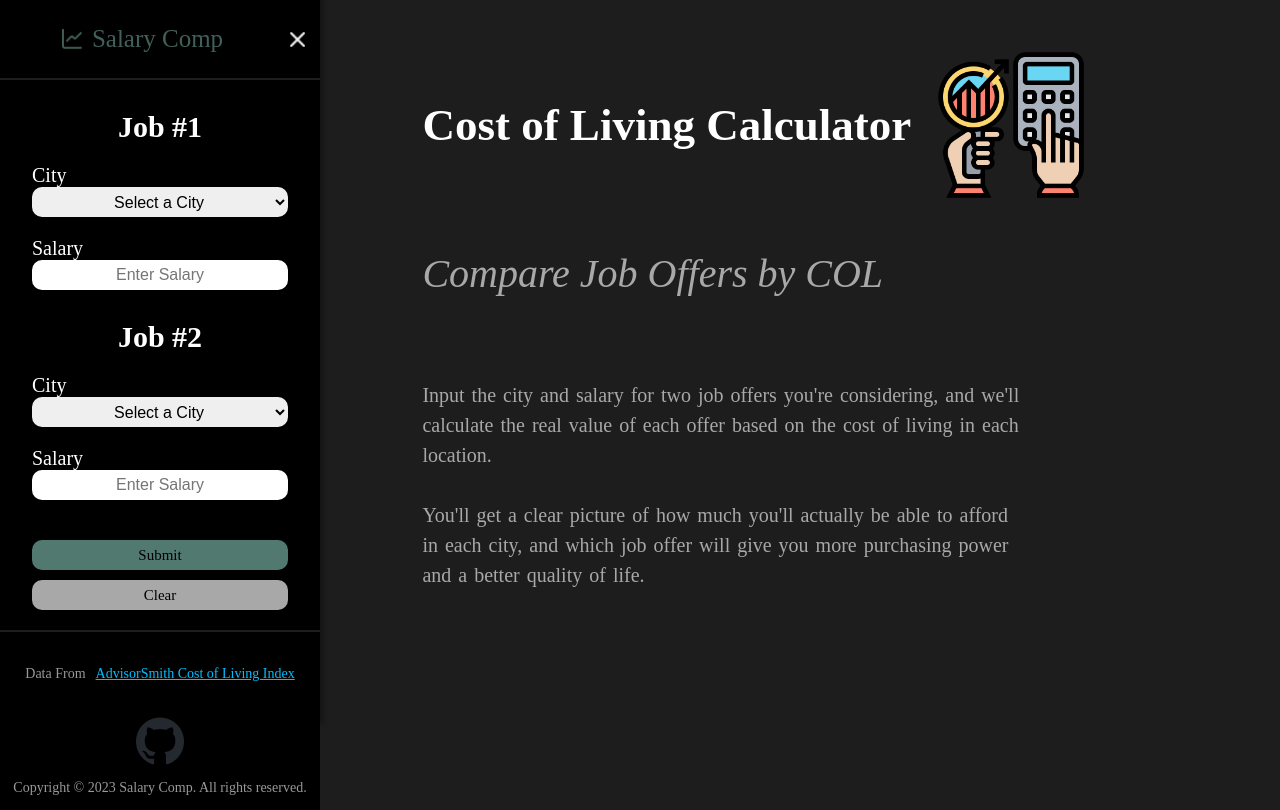
Repository: robbymcd/Salary-Comp
Page: /
These files come from the project's save history. The page is drawn as it stood at one moment and after the next save; the edit follows.
The browser window is 1280 px wide. The pictures show the whole page.
Some web fonts or font styles are not loaded; a fallback is used. The project was rebuilt for these pictures with package versions that can differ from the ones it lists, and the page was loaded fresh each time. Also part of the build but not shown: src/Main.css, src/Main.js.

Above is the page before, as saved 2023-06-16 11:46:34.

### public/index.html
<!DOCTYPE html>
<html lang="en">
  <head>
    <meta charset="utf-8" />
    <link rel="icon" href="%PUBLIC_URL%/favicon.ico" />
    <meta name="viewport" content="width=device-width, initial-scale=1" />
    <meta name="theme-color" content="#000000" />
    <meta
      name="description"
      content="Compare Job Offers by COL"
    />
    <link rel="apple-touch-icon" href="%PUBLIC_URL%/logo192.png" />
    <!--
      manifest.json provides metadata used when your web app is installed on a
      user's mobile device or desktop. See https://developers.google.com/web/fundamentals/web-app-manifest/
    -->
    <link rel="manifest" href="%PUBLIC_URL%/manifest.json" />
    <!--
      Notice the use of %PUBLIC_URL% in the tags above.
      It will be replaced with the URL of the `public` folder during the build.
      Only files inside the `public` folder can be referenced from the HTML.

      Unlike "/favicon.ico" or "favicon.ico", "%PUBLIC_URL%/favicon.ico" will
      work correctly both with client-side routing and a non-root public URL.
      Learn how to configure a non-root public URL by running `npm run build`.
    -->
    <title>Salary Comp</title>
  </head>
  <body>
    <noscript>You need to enable JavaScript to run this app.</noscript>
    <div id="root"></div>
    <!--
      This HTML file is a template.
      If you open it directly in the browser, you will see an empty page.

      You can add webfonts, meta tags, or analytics to this file.
      The build step will place the bundled scripts into the <body> tag.

      To begin the development, run `npm start` or `yarn start`.
      To create a production bundle, use `npm run build` or `yarn build`.
    -->
  </body>
</html>

### src/index.css
body {
  margin: 0;
  font-family: -apple-system, BlinkMacSystemFont, 'Segoe UI', 'Roboto', 'Oxygen',
    'Ubuntu', 'Cantarell', 'Fira Sans', 'Droid Sans', 'Helvetica Neue',
    sans-serif;
  -webkit-font-smoothing: antialiased;
  -moz-osx-font-smoothing: grayscale;
  height: 100%;
  width: 100%;
}

html {
  height: 100%;
  width: 100%;
  background-color: #1D1D1D;
}

code {
  font-family: source-code-pro, Menlo, Monaco, Consolas, 'Courier New',
    monospace;
}

### src/App.js
import React, { useState } from 'react';
import './App.css';
import Sidebar from './Sidebar.js';
import Content from './Content.js';

function App() {
  const [isSubmitted, setIsSubmitted] = useState(false);
  const [cityCOL1, setCityCOL1] = useState('');
  const [cityCOL2, setCityCOL2] = useState('');
  const [cityName1, setCityName1] = useState('');
  const [cityName2, setCityName2] = useState('');
  const [salary1, setSalary1] = useState('');
  const [salary2, setSalary2] = useState('');

  const handleFormSubmit = (formData) => {
    setIsSubmitted(true);
    setCityCOL1(formData.cityCOL1);
    setCityCOL2(formData.cityCOL2);
    setCityName1(formData.cityName1);
    setCityName2(formData.cityName2);
    setSalary1(formData.salary1);
    setSalary2(formData.salary2);
  };

  return (
    <div className="main">
        <Sidebar onFormSubmit={handleFormSubmit}/>
        <Content isSubmitted={isSubmitted} cityCOL1={cityCOL1} cityCOL2={cityCOL2} cityName1={cityName1} cityName2={cityName2} salary1={salary1} salary2={salary2} />
    </div>
  );
}

export default App;

### src/App.css
.main {
    display: flex;
    flex-direction: row;
    height: 200%;
    width: 100%;
    background-color: #1D1D1D;
}

### src/Sidebar.js
import React, { useState, useRef } from 'react';
import plus from './plus.png';
import './Sidebar.css';
import chart from './chart.png';
import github from './github.png';
import x from './x.png';
import './OpenSidebar.css';
import './Select.css';

export default function Sidebar( { onFormSubmit } ) {
    const [isOpen, setIsOpen] = useState(true);
    const [isClosed, setIsClosed] = useState(false);

    const [city1, setCity1] = useState('0');
    const [city2, setCity2] = useState('0');

    const [salary1, setSalary1] = useState('');
    const [salary2, setSalary2] = useState('');


    const [error, setError] = useState(false);

    const selectRef1 = useRef(null);
    const selectRef2 = useRef(null);

    const formatSalary = (salary) => {
        salary = salary.replace(/[^0-9]/g, '');

        // Convert the salary to a number and format it with commas
        const formattedSalary = Number(salary).toLocaleString();

        // Add the '$' symbol
        return '$' + formattedSalary;
    }

    const openSidebar = () => {
        setIsOpen(true);
        setIsClosed(false);
    }

    const closeSidebar = () => {
        setIsOpen(false);
        setIsClosed(true);
    }

    const city1ChangeHandler = (event) => {
        setCity1(event.target.value)
    }

    const city2ChangeHandler = (event) => {
        setCity2(event.target.value);
    }


    const salary1ChangeHandler = (event) => {
        const inputValue = event.target.value;
        const formattedValue = formatSalary(inputValue);
        const regex = /\d/;

        if (regex.test(formattedValue[formattedValue.length - 1])) {
          setSalary1(formattedValue);
        } else {
            setSalary1(formattedValue.slice(0, formattedValue.length - 1));
        }
      }


    const salary2ChangeHandler = (event) => {
        const inputValue = event.target.value;
        const formattedValue = formatSalary(inputValue);
        const regex = /\d/;
        if (regex.test(formattedValue[formattedValue.length - 1])) {
            setSalary2(formattedValue);
        } else {
            setSalary2(formattedValue.slice(0, formattedValue.length - 1));
        }
    }

    const refresh = () => {
        window.location.reload(false);
    }

    const submitHandler = (event) => {
        event.preventDefault();
        if (city1 === '0' | city2 === '0' | salary1 === '' | salary2 === '') {
            setError(true);
            return;
        }
        setError(false);
        const formData = {
            cityCOL1: city1,
            cityCOL2: city2,
            cityName1: selectRef1.current.options[selectRef1.current.selectedIndex].text,
            cityName2: selectRef2.current.options[selectRef2.current.selectedIndex].text,
            salary1: salary1,
            salary2: salary2
        };
        onFormSubmit(formData);
    }

    const clearHandler = (event) => {
        event.preventDefault();
        setError(false);
        setCity1('0');
        setCity2('0');
        setSalary1('');
        setSalary2('');
    }

    return (
        <div className="sidebar">
            {isClosed && (
                <div className='closed-sidebar'>
                <img
                    className="plusIcon"
                    src={plus}
                    alt="plus"
                    onClick={openSidebar}
                />
            </div>
            )}
            {isOpen && (
                <div className='open-sidebar'>
                <div className='sidebar-header'>
                    <div className='logo' onClick={refresh}>
                        <img className='chart' src={chart} alt='Chart'></img>
                        <p>Salary Comp</p>
                    </div>
                    <img className='x' src={x} alt='x' onClick={closeSidebar}></img>
                </div>
                <form className='form' onSubmit={onFormSubmit}>
                    <h1>Job #1</h1>
                    <div className='city'>
                        <label>City</label>
                        <div className="select-main">
                            <select ref={selectRef1} value={city1} className='select-input' onChange={city1ChangeHandler}>
                                <option value='0'>Select a City</option>
                                <option value='89.1'>Abilene, TX</option>
                                <option value='90.5'>Adrian, MI</option>
                                <option value='89.4'>Akron, OH</option>
                                <option value='85.8'>Alamogordo, NM</option>
                                <option value='87.3'>Albany, GA</option>
                                <option value='105.4'>Albany, OR</option>
                                <option value='100.1'>Albany, NY</option>
                                <option value='90.9'>Albertville, AL</option>
                                <option value='92.9'>Albuquerque, NM</option>
                                <option value='86.2'>Alexandria, LA</option>
                                <option value='98.9'>Allentown, PA</option>
                                <option value='90.8'>Altoona, PA</option>
                                <option value='88.2'>Amarillo, TX</option>
                                <option value='91.5'>Ames, IA</option>
                                <option value='110.7'>Anchorage, AK</option>
                                <option value='99.3'>Ann Arbor, MI</option>
                                <option value='85.7'>Anniston, AL</option>
                                <option value='90.7'>Appleton, WI</option>
                                <option value='103.3'>Asheville, NC</option>
                                <option value='87.4'>Ashtabula, OH</option>
                                <option value='88.5'>Athens, OH</option>
                                <option value='92.9'>Athens, TX</option>
                                <option value='95'>Athens, GA</option>
                                <option value='100.3'>Atlanta, GA</option>
                                <option value='102'>Atlantic City, NJ</option>
                                <option value='93.7'>Auburn, NY</option>
                                <option value='91.9'>Auburn, AL</option>
                                <option value='91.6'>Augusta, GA</option>
                                <option value='100'>Augusta, ME</option>
                                <option value='106.6'>Austin, TX</option>
                                <option value='102.9'>Bakersfield, CA</option>
                                <option value='107'>Baltimore, MD</option>
                            </select>
                        </div>
                    </div>
                    <div className='salary'>
                        <label>Salary</label>
                        <input className='salary-input' type='text' placeholder='Enter Salary' onChange={salary1ChangeHandler} value={salary1}></input>
                    </div>
                    <h1>Job #2</h1>
                    <div className='city'>
                        <label>City</label>
                        <div className="select-main">
                            <select ref={selectRef2} value={city2} className='select-input' onChange={city2ChangeHandler}>
                                <option value='0'>Select a City</option>
                                <option value='89.1'>Abilene, TX</option>
                                <option value='90.5'>Adrian, MI</option>
                                <option value='89.4'>Akron, OH</option>
                                <option value='85.8'>Alamogordo, NM</option>
                                <option value='87.3'>Albany, GA</option>
                                <option value='105.4'>Albany, OR</option>
                                <option value='100.1'>Albany, NY</option>
                                <option value='90.9'>Albertville, AL</option>
                                <option value='92.9'>Albuquerque, NM</option>
                                <option value='86.2'>Alexandria, LA</option>
                                <option value='98.9'>Allentown, PA</option>
                                <option value='90.8'>Altoona, PA</option>
                                <option value='88.2'>Amarillo, TX</option>
                                <option value='91.5'>Ames, IA</option>
                                <option value='110.7'>Anchorage, AK</option>
                                <option value='99.3'>Ann Arbor, MI</option>
                                <option value='85.7'>Anniston, AL</option>
                                <option value='90.7'>Appleton, WI</option>
                                <option value='103.3'>Asheville, NC</option>
                                <option value='87.4'>Ashtabula, OH</option>
                                <option value='88.5'>Athens, OH</option>
                                <option value='92.9'>Athens, TX</option>
                                <option value='95'>Athens, GA</option>
                                <option value='100.3'>Atlanta, GA</option>
                                <option value='102'>Atlantic City, NJ</option>
                                <option value='93.7'>Auburn, NY</option>
                                <option value='91.9'>Auburn, AL</option>
                                <option value='91.6'>Augusta, GA</option>
                                <option value='100'>Augusta, ME</option>
                                <option value='106.6'>Austin, TX</option>
                                <option value='102.9'>Bakersfield, CA</option>
                                <option value='107'>Baltimore, MD</option>
                            </select>
                        </div>
                    </div>
                    <div className='salary'>
                        <label>Salary</label>
                        <input className='salary-input' type='text' placeholder='Enter Salary' onChange={salary2ChangeHandler} value={salary2}></input>
                        {error && <p className='error'>Please fill out all fields</p>}
                    </div>
                    <div className='button-container'>
                        <div className='submit-container'>
                            <button className='submit' onClick={submitHandler} type='submit'>Submit</button>
                        </div>
                        <div className='clear-container'>
                            <button className='clear' onClick={clearHandler}>Clear</button>
                        </div>
                    </div>
                </form>
                <div className='footer'>
                    <div className='hiw'>
                        <p>Data From</p>
                        <a href='https://advisorsmith.com/data/coli' target='_blank' rel='noopener noreferrer'>AdvisorSmith Cost of Living Index</a>
                    </div>
                    <img className='github' src={github} alt='github'></img>
                    <p className='copyright'>Copyright © 2023 Salary Comp. All rights reserved.</p>
                </div>
            </div>
            )}
        </div>
    );
}

### src/Content.js
import React from 'react';
import './Content.css';
import Instruction from './Instruction.js';
import Main from './Main.js';

export default function Content({ isSubmitted ,cityCOL1 ,cityCOL2, cityName1, cityName2 , salary1, salary2 }) {

    return (
        <div className='Content-container'>
            {isSubmitted ? <Main cityCOL1={cityCOL1} cityCOL2={cityCOL2} cityName1={cityName1} cityName2={cityName2} salary1={salary1} salary2={salary2}/> : <Instruction />}
        </div>
    );
}

### src/Sidebar.css
@import url('https://fonts.googleapis.com/css?family=Roboto-Mono');
@import url('https://fonts.googleapis.com/css?family=Mukta-Vaani');
.sidebar {
    display: flex;
    height: 100vh;
    width: fit-content;
}

.closed-sidebar {
    display: flex;
    height: 100vh;
    width: fit-content;
    margin-right: 22vw;
}

.plusIcon {
    height: 30px;
    width: 30px;
    margin-left: 20px;
    align-self: center;
    cursor: pointer;
}

.plusIcon:hover {
    opacity: 0.5;
}

.error {
    display: flex;
    font-size: 15px;
    margin-bottom: -15px;
    color: #BA1F33;
}

.button-container {
    display: flex;
    flex-direction: column;
    gap: 10px;
    margin-top: 20px;
}

.submit-container {
    display: flex;
}

.submit {
    height: 30px;
    width: clamp(100px, 20vw, 300px);
    border-radius: 10px;
    border: none;
    outline: none;
    cursor: pointer;
    background-color: #52796F;
    font-family: Mukta Vaani;
    font-size: 15px;
    color: #000;
    box-shadow: 0px 4px 4px rgba(0, 0, 0, 0.25);
}

.submit:hover {
    opacity: 0.8;
}

.clear-container {
    display: flex;
}

.clear {
    height: 30px;
    width: clamp(100px, 20vw, 300px);
    border-radius: 10px;
    border: none;
    outline: none;
    cursor: pointer;
    background-color: #a8a8a8;
    font-family: Mukta Vaani;
    font-size: 15px;
    color: #000;
    box-shadow: 0px 4px 4px rgba(0, 0, 0, 0.25);
}

.clear:hover {
    opacity: 0.8;
}

@media screen and (min-width: 1650px) {
    .button-container {
        gap: 20px;
    }
}

### src/OpenSidebar.css
@import url('https://fonts.googleapis.com/css?family=Roboto-Mono');
@import url('https://fonts.googleapis.com/css?family=Mukta-Vaani');

.open-sidebar {
    display: flex;
    flex-direction: column;
    height: 100vh;
    width: 25vw;
    background-color: #000;
    box-shadow: 0px 0px 4px 4px rgba(0, 0, 0, 0.25);
    margin-right: 8vw;
    transition: transform 0.3s ease-in-out;
}

.sidebar-header {
    display: flex;
    width: 25vw;
    border-bottom: 2px solid #1d1d1d;
    justify-content: space-between;
    align-items: center;
}

.sidebar-wrapper {
    display: inline-block;
}

.centering {
    display: flex;
    flex-direction: row;
    width: 100%;
    align-self: center;
    align-items: center;
    justify-content: center;
}

.logo {
    display: flex;
    flex-direction: row;
    width: 100%;
    align-items: center;
    justify-content: center;
    gap: 10px;
    cursor: pointer;
}

.logo:hover {
    opacity: .8;
}

.logo p {
    font-family: Roboto Mono;
    color: #52796F;
    font-size: 25px;
}

.chart {
    height: 20px;
    width: 20px;
}

.city {
    display: flex;
    flex-direction: column;
    font-family: Mukta Vaani;
    font-style: normal;
    font-weight: 300;
    font-size: 20px;
    color: #fff;
}

.salary{
    display: flex;
    flex-direction: column;
    font-family: Mukta Vaani;
    font-style: normal;
    font-weight: 300;
    font-size: 20px;
    color: #fff;
}

.salary label {
    display: flex;
    justify-self: center;
}

.form {
    display: flex;
    flex-direction: column;
    font-family: Mukta Vaani;
    height: 100%;
    align-items: center;
    gap: 20px;
    border-bottom: 2px solid #1d1d1d;
    justify-content: center;
    padding: 20px;
}

.form h1 {
    color: #fff;
    font-family: Roboto Mono;
    font-size: 30px;
    font-weight: 700;
    font-style: normal;
    text-align: center;
    margin-top: 10px;
    margin-bottom: 0px;
}

select {
    cursor: pointer;
}

input {
    text-decoration: none;
    height: 30px;
    width: clamp(100px, 20vw, 300px);
    border-radius: 10px;
    outline: none;
    border: none;
    padding: 0;
    text-align: center;
    font-size: 16px;
    cursor: pointer;
}

.salarycomp {
    height: 80px;
    width: 360px;
}

.x {
    height: 25px;
    width: 25px;
    cursor: pointer;
    margin-right: 10px;
}

.x:hover {
    opacity: 0.5;
    transition: ease-in-out 0.2s;
}

.footer {
    display: flex;
    flex-direction: column;
    align-items: center;
    justify-content: center;
    width: 100%;
    background-color: #000;
}

.footer p {
    color: #fff;
    opacity: .6;
    font-family: 'Mukta Vaani';
    font-style: normal;
    font-weight: 300;
    font-size: 14px;
    text-align: center;
}

.hiw {
    display: flex;
    flex-direction: row;
    align-items: center;
    justify-content: center;
    margin-top: 20px;
    margin-bottom: 10px;
    gap: 10px;
}

.hiw a {
    font-size: 14px;
    font-weight: 300;
    font-family: 'Mukta Vaani';
    color: #00bfff;
}

.hiw a:hover {
    opacity: 0.5;
    transition: ease-in-out 0.2s;
}

.github {
    height: 50px;
    width: 50px;
    margin-top: 10px;
    cursor: pointer;
}

.github:hover {
    opacity: 0.8;
}

@media screen and (max-width: 1000px) {
    .footer p {
        font-size: 10px;
    }

    .hiw a {
        font-size: 10px;
    }

    .hiw {
        margin-top: 10px;
        margin-bottom: 5px;
        gap: 5px;
    }
}

@media screen and (min-height: 800px) {
    .form h1 {
        margin-top: 0;
        margin-bottom: 20px;
    }

    input {
        margin-bottom: 50px;
    }
}

### src/Select.css
.select-main {
    text-decoration: none;
    height: 30px;
    width: clamp(100px, 20vw, 300px);
    border-radius: 10px;
    outline: none;
    text-align: center;
    font-size: 16px;
}

.select-main select {
    text-align: center;
    text-decoration: none;
    outline: none;
    border: none;
    height: 30px;
    width: clamp(100px, 20vw, 300px);
    border-radius: 10px;
    font-size: 16px;
    padding-left: 10px;
}

### src/Content.css
@import url('https://fonts.googleapis.com/css?family=Kadwa');
@import url('https://fonts.googleapis.com/css?family=Hind-Madurai');

.Content-container {
    display: flex;
    width: 100%;
}

.header {
    display: flex;
    flex-direction: row;
    align-items: center;
    margin-top: 50px;
    gap: 25px;
}

.content h1 {
    font-family: Kadwa;
    font-weight: bold;
    font-size: 45px;
    height: 100%;
    margin: 0;
}

.content h2 {
    font-family: Hind Madurai;
    font-size: 40px;
    color: #a8a8a8;
    margin-top: 50px;
    width: 75%;
    font-weight: 500;
    font-style: italic;
}

.content p {
    display: flex;
    width: 50vw;
    font-family: Hind Madurai;
    font-size: 20px;
    color: #a8a8a8;
    word-spacing: 2px;
    line-height: 1.5;
    margin-top: 50px;
    width: 70%;
}

.content {
    display: flex;
    flex-direction: column;
    color: #fff;
    height: fit-content;
    width: 100%;
    justify-items: center;
}

.calculator {
    display: flex;
    height: 150px;
    width: 150px;
}

### src/Instruction.js
import calculator from './calculator.png';

export default function Instruction() {
    return (
        <div className="content">
            <div className="header">
                <h1>Cost of Living Calculator</h1>
                <img className="calculator" src={calculator} alt='calculator'></img>
            </div>
            <h2>Compare Job Offers by COL</h2>
            <p>Input the city and salary for two job offers you're considering, and we'll calculate the real value of each offer based on the cost of living in each location.<br/><br/>You'll get a clear picture of how much you'll actually be able to afford in each city, and which job offer will give you more purchasing power and a better quality of life.
            </p>
        </div>
    );
}

Loaded but not shown: src/index.js (common file); src/reportWebVitals.js (common file)

After the next save:
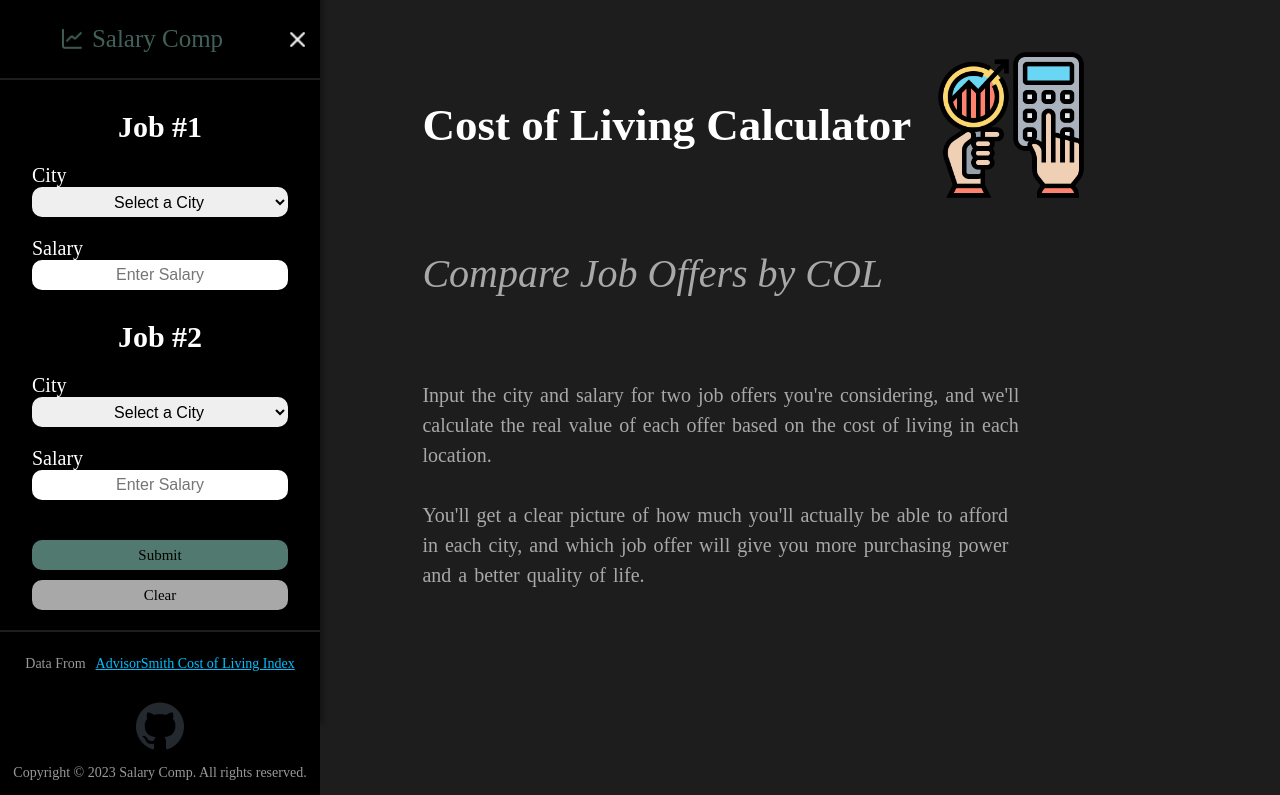
Saved 29 s later.
--- a/src/OpenSidebar.css
+++ b/src/OpenSidebar.css
@@ -164,8 +164,8 @@ input {
     flex-direction: row;
     align-items: center;
     justify-content: center;
-    margin-top: 20px;
-    margin-bottom: 10px;
+    margin-top: 10px;
+    margin-bottom: 5px;
     gap: 10px;
 }
 
